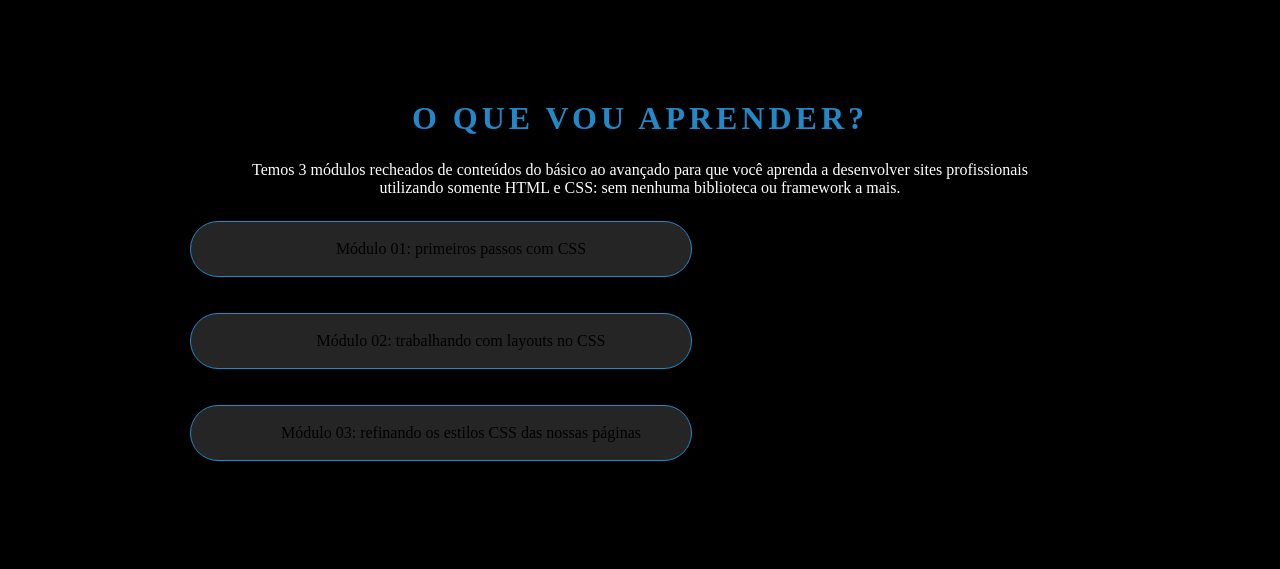
Repository: gustavotwist/trilha-css-desafio-01
Page: index.html
The author's editor kept a copy of each file at every save. The page is drawn from the files as they stood at one save, then again after a run of saves.
The browser window is 1280 px wide. The pictures show the part of the page from y = 669 to 1238 px (the page is 3009 px tall before and 3073 px after).
Pictures or frames that could not be fetched are drawn as grey boxes. A picture or video elsewhere on the page could not be fetched, so the positions and the page height are approximate.

Above is the page before, as saved 2024-07-16 19:32:21.

After the next 2 saves:
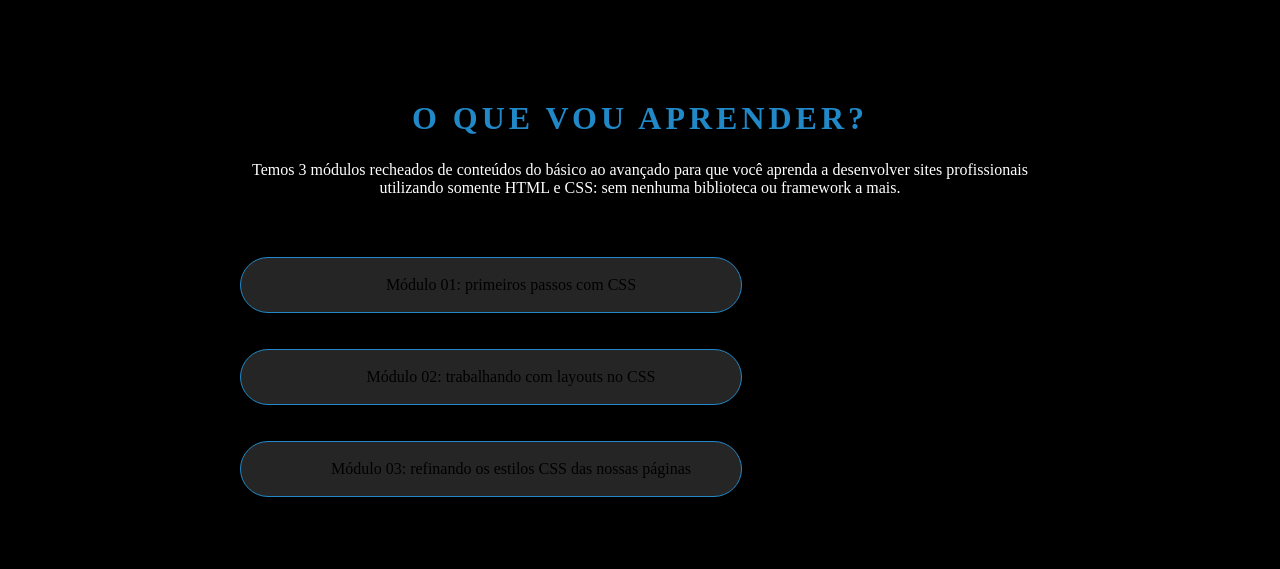
The 2 saves are shown as one change because they came seconds apart.
The last was saved 110 s later.
--- a/global.css
+++ b/global.css
@@ -72,6 +72,10 @@ h2 {
     text-align: center;
 }
 
+#course-content .modules-list {
+    margin: 24px 0;
+  }
+
 section{
     margin: 100px auto;
 }
